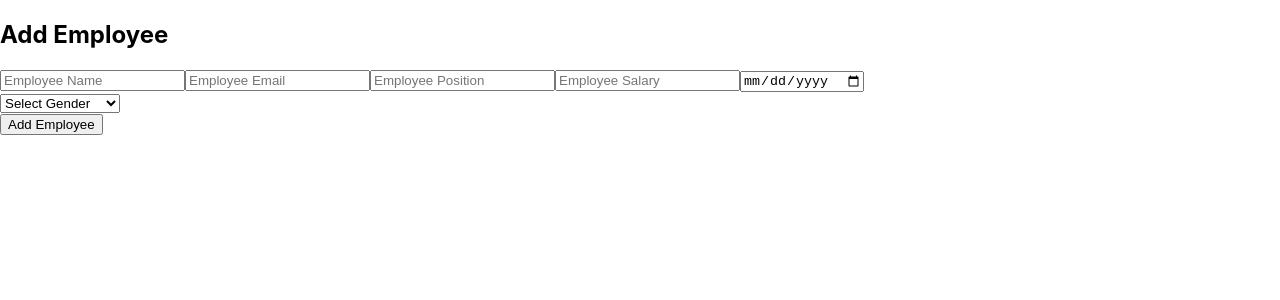
Repository: AfifaNoor/CRUD
Page: /add-employee
An editor plug-in stored every save of this project. The page is shown before and after the next save, followed by the edit.
The browser window is 1280 px wide. The pictures show the whole page.
The project was rebuilt for these pictures with package versions that can differ from the ones it lists, and the page was loaded fresh each time. Also part of the build but not shown: src/AdminPage.css, src/AdminPage.jsx, src/DashBoard.jsx.

Above is the page before, as saved 2025-06-12 14:07:22.

After the next save:
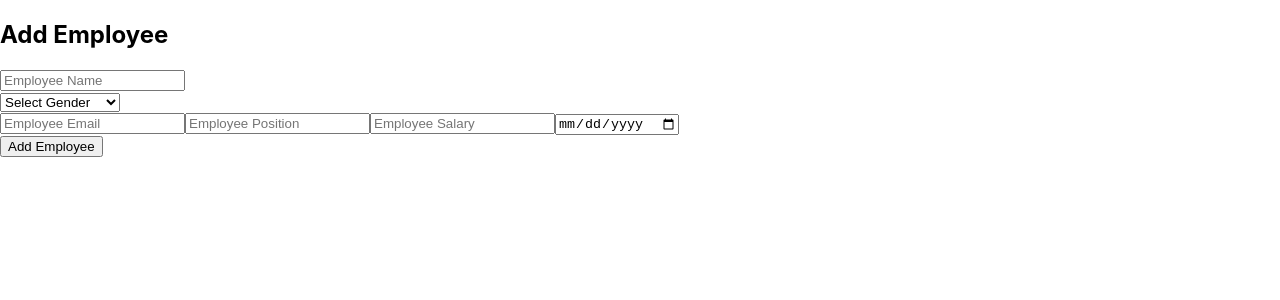
Saved 36 min 51 s later.
--- a/src/AddEmployee.jsx
+++ b/src/AddEmployee.jsx
@@ -6,10 +6,6 @@ const AddEmployee = () => {
       <h2>Add Employee</h2>
       <form>
         <input type='text' placeholder='Employee Name' className='form-input' required />
-        <input type='email' placeholder='Employee Email' className='form-input' required />
-        <input type='text' placeholder='Employee Position' className='form-input' required />
-        <input type='number' placeholder='Employee Salary' className='form-input' required />
-        <input type='date' placeholder='Date of Joining' className='form-input' required />
         <div className='dropdown'>
           <select className='form-input' required>
             <option value="" disabled selected>Select Gender</option>
@@ -19,6 +15,11 @@ const AddEmployee = () => {
             <option value="prefer not to say">Prefer not to say</option>
           </select>
         </div>
+        <input type='email' placeholder='Employee Email' className='form-input' required />
+        <input type='text' placeholder='Employee Position' className='form-input' required />
+        <input type='number' placeholder='Employee Salary' className='form-input' required />
+        <input type='date' placeholder='Date of Joining' className='form-input' required />
+
         <div className="form-button">
           <button type="submit">Add Employee</button>
         </div>
